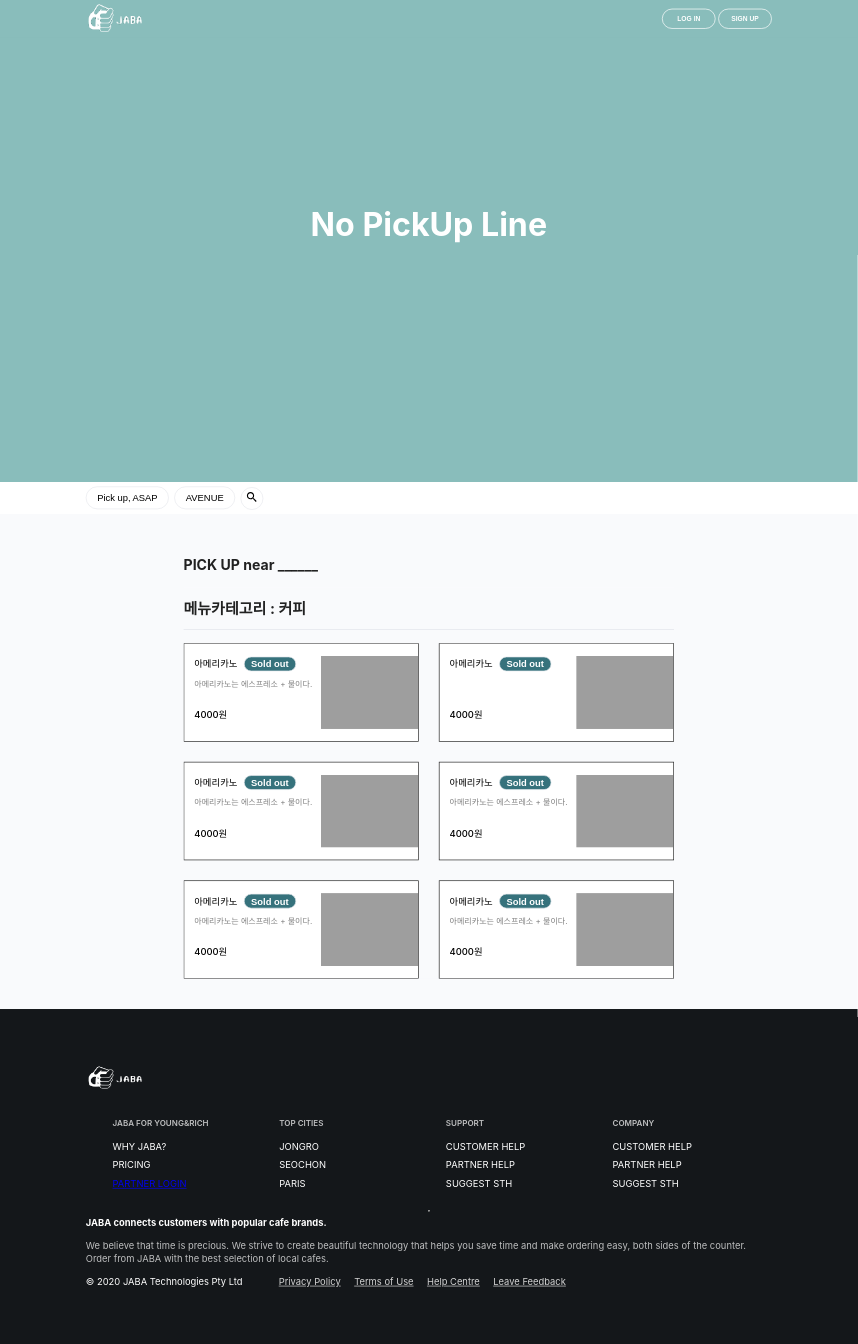
Repository: kitschiest/jaba
Page: http://localhost/JABA/menu.jsp
An editor plug-in stored every save of this project. The page is shown before and after the next save, followed by the edit.
The browser window is 1280 px wide. The pictures show the whole page, at 67% of full size.
Pictures or frames that could not be fetched are drawn as grey boxes. The page is served by Tomcat 9. Other server files are loaded and not shown.

Above is the page before, as saved 2020-11-13 05:02:00.

### JABA/WebContent/menu.jsp
<%@ page language="java" contentType="text/html; charset=UTF-8"
    pageEncoding="UTF-8"%>
<!DOCTYPE html>
<html>
<head>
<meta charset="UTF-8">
<title>explore</title>
<script src='https://code.jquery.com/jquery-3.4.0.js'></script>
<!-- HEADER CSS -->
<link href="./css/header.css" rel="stylesheet">
<!-- SECTION CSS -->
<link href="./css/section.css" rel="stylesheet">
<!-- FOOTER CSS -->
<link href="./css/footer.css" rel="stylesheet">
<script>
$(function(){
   $(window).scroll(function(){
   var navbar = $(this).scrollTop();
   console.log(navbar);
   var $header = $('header');
   if(navbar > 0){
       $header.addClass('activated');
   }else{
       $header.removeClass('activated');
   }
   $(".search-term").click(function(){
	   $("#hidden_term").attr("style", "visibility:visible")
   })
   $(".hidden_term_close").click(function(){
	   $("#hidden_term").attr("style", "visibility:hidden")
   })

 })
})
</script>
<style>
body {
	margin: 0;
	width: 100%;
	height: 100%;
	line-height: 1.43;
	    color: rgba(0, 0, 0, 0.87);
    margin: 0;
    font-size: 0.875rem;
    font-family: Inter,sans-serif;
    font-weight: 400;
    line-height: 1.43;
}
div {
	display: block;
}
input {
	border: none;
}

</style>
<!-- MAIN -->
<style>
main {
	width: 100%;
	max-width: 100vw;
}
section {
    padding: 45px 0;
    display: flex;
    justify-content: center;
    align-items: center;
    position: relative;
    background: #f9fafc;
    z-index: 0;
}
</style>
<!-- SECTION 2 -->
<style type="text/css">
.mini{
	padding: 3px 0;
	background-color: white;
	position: -webkit-sticky;
	position: sticky;
	top: 55px;
	z-index: 999;
}
.mini .container{
	width:80%;
}
.mini_row{
	display: flex;
	flex-direction: row;
	padding: 3px 0;

}

.mini_row button{
	border: 1px solid rgba(132,146,166,.2)!important;
	color: black;
	margin: 0 8px 0 0;
	font-weight: normal;

}
.search-term {
  display: inline-flex;
  align-items: center;
  text-align: center;
  flex-direction: row;
  position: relative
}
.search-term button{
	width: 34px;
	--verticalPadding: 0;
	--horizontalPadding: 0;
	height: 34px;

}
.search-term svg{
	width: 20px;
	height: 20px;
	padding: 0 auto;
}

.search-term {
	border-radius: 50px;
}

#hidden_term{
	visibility : hidden;
}


</style>

<!-- SECTION 3 -->
<style>
#sth{
	width: 100%;

}
section#store-list {
    padding-top: 65px;
}
</style>
<style>
        #menu_info {
            display: flex;
            justify-content: center;
            width: 100%;
            max-width: 100vw;
            /*
        background-color: rgba(219, 242, 255, 0.952);
        */

        }

        #container_menu_info {
            background-color: rgb(249, 250, 252);
        }

        .category h2 {
            border-bottom: 1px solid rgb(225, 229, 235);
            padding: 15px 0;
            font-size: 1.4rem;
            font-weight: 700;
            margin: 0;
        }

        .category_products {
            display: grid;
            grid-column-gap: 30px;
            grid-row-gap: 30px;
            grid-template-rows: auto;
            grid-template-columns: repeat(2, 1fr);
            min-height: 0;
            /* NEW */
            min-width: 0;
            /* NEW; needed for Firefox */
            margin: 20px 0px 0px;
            /* 창줄였을때 안삐져나가게 */
            overflow: hidden;
        }


        .product_card {
            position: relative;
            display: flex;
            border: 1px solid;
            flex-direction: row;
            justify-content: space-between;
            overflow: hidden;
            background-color: white;
            max-height: 145px;
            min-width: 345px;
            /* 반응형 추가필요 */
        }

        .product_card_detail {
            padding: 15px 25px 15px 15px;
            max-height: 145px;
            max-width: calc(100% - 145px);
            flex-direction: column;
            justify-content: space-between;
            display: inline-flex;
            /* 반응형 추가필요*/
        }

        .product_name {
            margin-bottom: 2px;
            min-width: 160px;
            display: flex;
            overflow: hidden;
        }

        .product_name .sold_out_btn{
            background-color: #36727C;
            border: 1px solid rgb(230, 233, 237);
            color: white;
            padding: 2px 10px 2px;
            text-align: center;
            text-decoration: none;
            display: inline-block;
            margin: 4px 2px;
            cursor: pointer;
            border-radius: 30px;
            outline: 0; /* 테두리 클릭시 없애기 */
        }

        .product_name .sold_out_btn:hover{
            background-color:rgb(235, 235, 235);
            border: 1px solid rgb(214, 217, 221);
            color:black;
        }

        .product_name > p {
            margin: 0;
            font-size: 0.875rem;
            font-weight: 500;
            /* 반응형 추가필요
            */
        }

        .product_desc {
            color: grey;
            font-size: 0.75rem;
            line-height: 1.05rem;
            max-height: 2.1rem;
            margin-bottom: 8px;
            overflow: hidden;
            position: relative;
            margin-right: -1em;
            /* 반응형 추가필요 */

        }

        .product_price {
            font-size: 0.875rem;
            font-weight: 500;
            display: flex;
            align-items: center;
            color: #36727C;
        }

        .product_card_image {
            /* 기본 백그라운드에 대한 처리 모바일 120*/
            height: 145px;
            width: 145px;
            min-width: 145px;
            min-height: 145px;

        }


        .product_card_image img {
            width: 145px;
            height: 145px;
            object-fit: contain;
            object-position: center;
            /* 트랜지션 처리*/
        }
    </style>



</head>
<body>
<!-- HEADER -->
	<header>
		<div class="header_container">
			<div class="logo">
				<img src="./images/jaba_english_white.png">
			</div>
			<div class="menu">
				<button class="menu_btn" value="LOG IN">
				<span>LOG IN</span>
				</button>
				<button class="menu_btn" value="SIGN UP">
				<span>SIGN UP</span>
				</button>
			</div>
		</div>

	</header>
<!-- SECTION -->
	<section id="home">
		<div class="container">
			<h1>
				No PickUp Line<br> <br>
			</h1>

		</div>

	</section>
<!-- SECTION 2 -->
	<section id="search" class="mini">
		<div class="container">
			<div class="mini_row">
				<div class="time">
					<button>Pick up, ASAP</button>
				</div>
				<div class="search_loc">
					<button>AVENUE</button>
				</div>
				<div class="search-term">
				<button class="MuiButtonBase-root MuiIconButton-root search-term__icon  MuiIconButton-sizeSmall jss263" tabindex="0" type="button">
				<span class="MuiIconButton-label">
				<svg class="MuiSvgIcon-root" focusable="false" viewBox="0 0 24 24" aria-hidden="true" role="presentation">
				<path d="M15.5 14h-.79l-.28-.27C15.41 12.59 16 11.11 16 9.5 16 5.91 13.09 3 9.5 3S3 5.91 3 9.5 5.91 16 9.5 16c1.61 0 3.09-.59 4.23-1.57l.27.28v.79l5 4.99L20.49 19l-4.99-5zm-6 0C7.01 14 5 11.99 5 9.5S7.01 5 9.5 5 14 7.01 14 9.5 11.99 14 9.5 14z">
				</path>
				</svg>
				</span>
				<div class="MuiTouchRipple-root">
				</div>
				</button>
				</div>
				<div id="hidden_term">
				<button class="hidden_term_all">
					<div id="hidden_input">
						<input type="text" placeholder="Acai or Latte">
					</div>
					<button class="hidden_term_close">
					X
					</button>
				</button>

				</div>
			</div>
		</div>
	</section>
<!-- SECTION 3 -->
	<section id="sth">
		<div id="store_list">
			<div class="container">
				<div class="row-head">
					<h2>PICK UP near ______</h2>
				</div>
				<div class="container" id="container_menu_info">
            <div class="category">
                <div class="category_name">
                    <h2> 메뉴카테고리 : 커피</h2>
                </div>
                <div class="category_products">
                    <div class="product_card">
                        <div class="product_card_detail">
                            <div class="product_name">
                                <p>아메리카노&nbsp;&nbsp;<button class="sold_out_btn">Sold out</button></p>
                            </div>
                            <div class="product_desc">
                                아메리카노는 에스프레소 + 물이다.
                            </div>
                            <div class="product_price">
                                <p>4000원</p>
                            </div>
                        </div>
                        <div class="product_card_image">
                            <img src="https://cdn.boppl.me/products/specialty_affogato_0.jpg" alt="Affogato">
                        </div>
                    </div>
                    <div class="product_card">
                        <div class="product_card_detail">
                            <div class="product_name">
                                <p>아메리카노&nbsp;&nbsp;<button class="sold_out_btn">Sold out</button></p>
                            </div>
                            <div class="product_desc">

                            </div>
                            <div class="product_price">
                                <p>4000원</p>
                            </div>
                        </div>
                        <div class="product_card_image">
                            <img src="https://cdn.boppl.me/products/specialty_affogato_0.jpg" alt="Affogato">
                        </div>
                    </div>
                    <div class="product_card">
                        <div class="product_card_detail">
                            <div class="product_name">
                                <p>아메리카노&nbsp;&nbsp;<button class="sold_out_btn">Sold out</button></p>
                            </div>
                            <div class="product_desc">
                                아메리카노는 에스프레소 + 물이다.
                            </div>
                            <div class="product_price">
                                <p>4000원</p>
                            </div>
                        </div>
                        <div class="product_card_image">
                            <img src="https://cdn.boppl.me/products/specialty_affogato_0.jpg" alt="Affogato">
                        </div>
                    </div>
                    <div class="product_card">
                        <div class="product_card_detail">
                            <div class="product_name">
                                <p>아메리카노&nbsp;&nbsp;<button class="sold_out_btn">Sold out</button></p>
                            </div>
                            <div class="product_desc">
                                아메리카노는 에스프레소 + 물이다.
                            </div>
                            <div class="product_price">
                                <p>4000원</p>
                            </div>
                        </div>
                        <div class="product_card_image">
                            <img src="https://cdn.boppl.me/products/specialty_affogato_0.jpg" alt="Affogato">
                        </div>
                    </div>
                    <div class="product_card">
                        <div class="product_card_detail">
                            <div class="product_name">
                                <p>아메리카노&nbsp;&nbsp;<button class="sold_out_btn">Sold out</button></p>
                            </div>
                            <div class="product_desc">
                                아메리카노는 에스프레소 + 물이다.
                            </div>
                            <div class="product_price">
                                <p>4000원</p>
                            </div>
                        </div>
                        <div class="product_card_image">
                            <img src="https://cdn.boppl.me/products/specialty_affogato_0.jpg" alt="Affogato">
                        </div>
                    </div>
                    <div class="product_card">
                        <div class="product_card_detail">
                            <div class="product_name">
                                <p>아메리카노&nbsp;&nbsp;<button class="sold_out_btn">Sold out</button></p>
                            </div>
                            <div class="product_desc">
                                아메리카노는 에스프레소 + 물이다.
                            </div>
                            <div class="product_price">
                                <p>4000원</p>
                            </div>
                        </div>
                        <div class="product_card_image">
                            <img src="https://cdn.boppl.me/products/specialty_affogato_0.jpg" alt="Affogato">
                        </div>
                    </div>



                    </div>

                    <!--category 끝 -->




            </div>
        </div>
			</div>
		</div>
	</section>



		<!-- FOOTER -->
	<footer>
	<div class="container">
		<div class="row">
	        <div class="footer_logo">
	            <img src="images/jaba_english_white.png">
	        </div>
	        <div class="footer_links">
		        <ul>
		            <li class="links_head">JABA for YOUNG&RICH</li>
		            <li>WHY JABA?</li>
		            <li>PRICING</li>
		            <li><a href='#'>PARTNER LOGIN</a></li>
		        </ul>
		        <ul>
		            <li class="links_head">TOP CITIES</li>
		            <li>JONGRO</li>
		            <li>SEOCHON</li>
		            <li>PARIS</li>
		        </ul>
		        <ul>
		            <li class="links_head">SUPPORT</li>
		            <li>CUSTOMER HELP</li>
		            <li>PARTNER HELP</li>
		            <li>SUGGEST STH</li>
		        </ul>
		        <ul>
		            <li class="links_head">COMPANY</li>
		            <li>CUSTOMER HELP</li>
		            <li>PARTNER HELP</li>
		            <li>SUGGEST STH</li>
		        </ul>
	     </div>
    </div>
    <hr>
        <div class="row">
        <div class="footer__disclaimer">
        <strong>JABA connects customers with popular cafe brands.</strong>
        <p>
        We believe that time is precious. We strive to create beautiful technology that helps you save time and make ordering easy, both sides of the counter. Order from JABA with the best selection of local cafes.
        </p>
        <div class="legal">
        	<div>
        		<div class="legal__copyright">© 2020 JABA Technologies Pty Ltd</div>
        		<ul class="legal__links">
	        		<li><a class="MuiTypography-root MuiLink-root MuiLink-underlineNone MuiTypography-colorPrimary" href="/legal/privacy-policy">Privacy Policy</a></li>
	        		<li><a class="MuiTypography-root MuiLink-root MuiLink-underlineNone MuiTypography-colorPrimary" href="/legal/terms-and-conditions">Terms of Use</a></li>
	        		<li><a class="MuiTypography-root MuiLink-root MuiLink-underlineNone MuiTypography-colorPrimary" href="https://help.bopple.com/" target="_blank" rel="noopener noreferrer">Help Centre</a></li>
	        		<li><a class="MuiTypography-root MuiLink-root MuiLink-underlineNone MuiTypography-colorPrimary" href="https://customer-contact-help.bopple.com" target="_blank" rel="noopener noreferrer">Leave Feedback</a></li>
        		</ul>
        		</div>
        	</div>
        </div>

        </div>
	</div>

	</footer>


</body>
</html>

### JABA/WebContent/css/header.css
header {
	display: flex;
	top: 0;
	left: 0;
	justify-content: center;
	height: 55px;
	position: fixed;
	width: 100%;
	max-width: 100vw;
	z-index: 1299;
	background-color: #89BDBB;
	box-shadow: none;
	border-bottom: 1px solid transparent;
}
header.activated{
  background-color:#36727C;
  -webkit-box-shadow: 0 0 5px rgba(0, 0, 0, 0);
  -moz-box-shadow: 0 0 5px rgba(0, 0, 0, 0);
  box-shadow: 0 0 5px rgba(0, 0, 0, 0);

}
.header_container {
	width: 80%;
	display: flex;
	align-items: center;
	justify-content: space-between;
	max-width: 1024px;
	transition: .2s ease-in-out;

}


.logo {
	padding: 2px 0;
	display: flex;
}
.menu {
	display: inline-block;
	justify-content: flex-end;
	color: white;
}
.menu_btn{
	width: 80px;
	height: 30px;
	font-size: 10px;
	border-radius: 28px;
}
#logoutBtn {
	width: 80px;
	height: 30px;
	font-size: 10px;
	border-radius: 28px;
}

#cart-selector {
	width: 80px;
	height: 30px;
	font-size: 10px;
	border-radius: 28px;
}

### JABA/WebContent/css/section.css
section {
	display: flex;
	justify-content: center; /*flex랑 함께 전체 가운데로 정렬*/
	align-items: center; /*#홈 검색 가운데 정렬*/
	position: relative;
	z-index: 0;
}

section .contatiner {
	position: relative;
}

h1 {
	display: block;
	margin: 0;
}

p {
	display: block;
	color: black;
}

.search-bar {
	color: rgba(0, 0, 0, 0.87);
	cursor: text;
	display: inline-flex;
	position: relative;
	font-size: 1rem;
	box-sizing: border-box;
	align-items: center;
	font-family: Inter, sans-serif;
	line-height: 1.1875em;
}

.jss38 {
	color: #182430;
	padding: 12px 25px;
	align-items: center;
	border-radius: 6px;
	background-color: #FFFFFF;
}

.search_input {
	width: 100%;
	border: 0;
	height: 1.1875em;
	margin: 0;
	display: block;
	padding: 6px 0 7px;
	min-width: 0;
	box-sizing: content-box;
	-webkit-tap-highlight-color: transparent;
	border: none;
}

.search-button {
	padding: 30px;
}

#home {
	width: 100%;
	height: 630px;
	background-color: #89BDBB;
}

#home .container {
	color: white;
	text-align: center;
}

section#home .container h1 {
	font-size: 3rem;
	line-height: 3.2rem;
}



#brands {
	width: 100%;
	padding-top: 85px;
	padding-bottom: 30px;
	height: 200px;
	background-color: white;

}
#brands .container{
	margin: 0 auto;
}
div .brands {
	display: inline-block;

}

#cities {
	width: 100%;
	height: 150px;

}
div .cities{
	display: inline-block;

}

div .cities a{
	text-decoration: none;
	color:#36727C;
}

button {
  --borderWidth: 1;
  --boxShadowDepth: 8;
  --buttonColor: #f00;
  --horizontalPadding: 16;
  --verticalPadding: 8;

  background: transparent;
  border: calc(var(--borderWidth) * 1px) solid var(--buttonColor);

  color: white;
  cursor: pointer;
  font-size: calc(var(--fontSize) * 1rem);
  font-weight: bold;
  outline: 1px;
  padding: calc(var(--verticalPadding) * 1px) calc(var(--horizontalPadding) * 1px);
  transition: box-shadow 0.15s ease;
  border-color: white;
  border-width: 1px;
  border-radius: 20px;
}

button:hover {
  opacity: .3;
  border-color: white;
  border-width: 1px;

}

button:active {

}
@keyframes bounce {
	0%, 100%, 20%, 50%, 80% {
		-webkit-transform: translateY(0);
		-ms-transform:     translateY(0);
		transform:         translateY(0)
	}
	40% {
		-webkit-transform: translateY(-30px);
		-ms-transform:     translateY(-30px);
		transform:         translateY(-30px)
	}
	60% {
		-webkit-transform: translateY(-15px);
		-ms-transform:     translateY(-15px);
		transform:         translateY(-15px)
	}
}
.brand-badge {

  top: 50%;
  left: 50%;
  height: 180px;
  width: 180px;
  line-height: 180px;
  text-align: center;
  text-transform: uppercase;
  -webkit-animation-duration: 1s;
  animation-duration: 1s;
  -webkit-animation-fill-mode: both;
  animation-fill-mode: both;
  -webkit-animation-timing-function: ease-in-out;
  animation-timing-function: ease-in-out;
  animation-iteration-count: infinite;
  -webkit-animation-iteration-count: infinite;
  color: white;
}
.brand-badge:hover {
  cursor: pointer;
  animation-name: bounce;
  -moz-animation-name: bounce;
}

.city-badge{

  top: 50%;
  left: 50%;
  height: 80px;
  width: 180px;
  line-height: 80px;
  text-align: center;
  text-transform: uppercase;
  -webkit-animation-duration: 1s;
  animation-duration: 1s;
  -webkit-animation-fill-mode: both;
  animation-fill-mode: both;
  -webkit-animation-timing-function: ease-in-out;
  animation-timing-function: ease-in-out;
  animation-iteration-count: infinite;
  -webkit-animation-iteration-count: infinite;
  color: white;

}
.city-badge:hover{
  cursor: pointer;
  animation-name: bounce;
  -moz-animation-name: bounce;
  color: grey;
}

### JABA/WebContent/css/footer.css
footer {
	width: 100%;
	height: 500px;
	background-color: #14171a;
	padding: 65 0;
	color: white;
	display: flex;
	justify-content: center; /*flex랑 함께 전체 가운데로 정렬*/
	align-items: center; /*#홈 검색 가운데 정렬*/
	position: relative;
	z-index: 0;
}

footer .container {
	width: 80%;
	display: flex;
	align-items: center;
	justify-content: space-between;
	max-width: 1024px;
	transition: .2s ease-in-out;
	flex-wrap: wrap;
}
.row {
	width: 100%;
	display: flex;
	align-items; center;
	justify-content: space-between;
	max-width: 1024px;
	transition: .2s ease-in-out;
	flex-wrap: wrap;
}
.footer_logo{
	width: 100%;
	display:inline-flex;
	margin-bottom: 25px;
	align-item: flex-start;
}

.footer_logo img{
	width: 90px;
	height: 40px;
}
.footer_links{
	width: 100%;
}

.footer_links .links_head{
	font-weight: 600;
    text-transform: uppercase;
    font-size: .75rem;
    color: hsla(0,0%,100%,.72);
    margin-bottom: 16px;
}
.footer_links ul{
	width: 20%;
	display: inline-block;
	list-style: none;
}

.footer_links ul li {
	margin-bottom: 8px;
    font-size: .875rem;
    font-weight: 400;
}

footer p {
	color: hsla(0,0%,100%,.72);
}

footer .legal__copyright{
	display: inline-flex;
    margin: 0;
}

footer .legal__links{
	display: inline-flex;
    margin: 0;
}

footer .legal__links li{
	margin: 0 10px;
	list-style: none;
}

footer .legal__links li a {
	color: lightgrey;

}

After the next save:
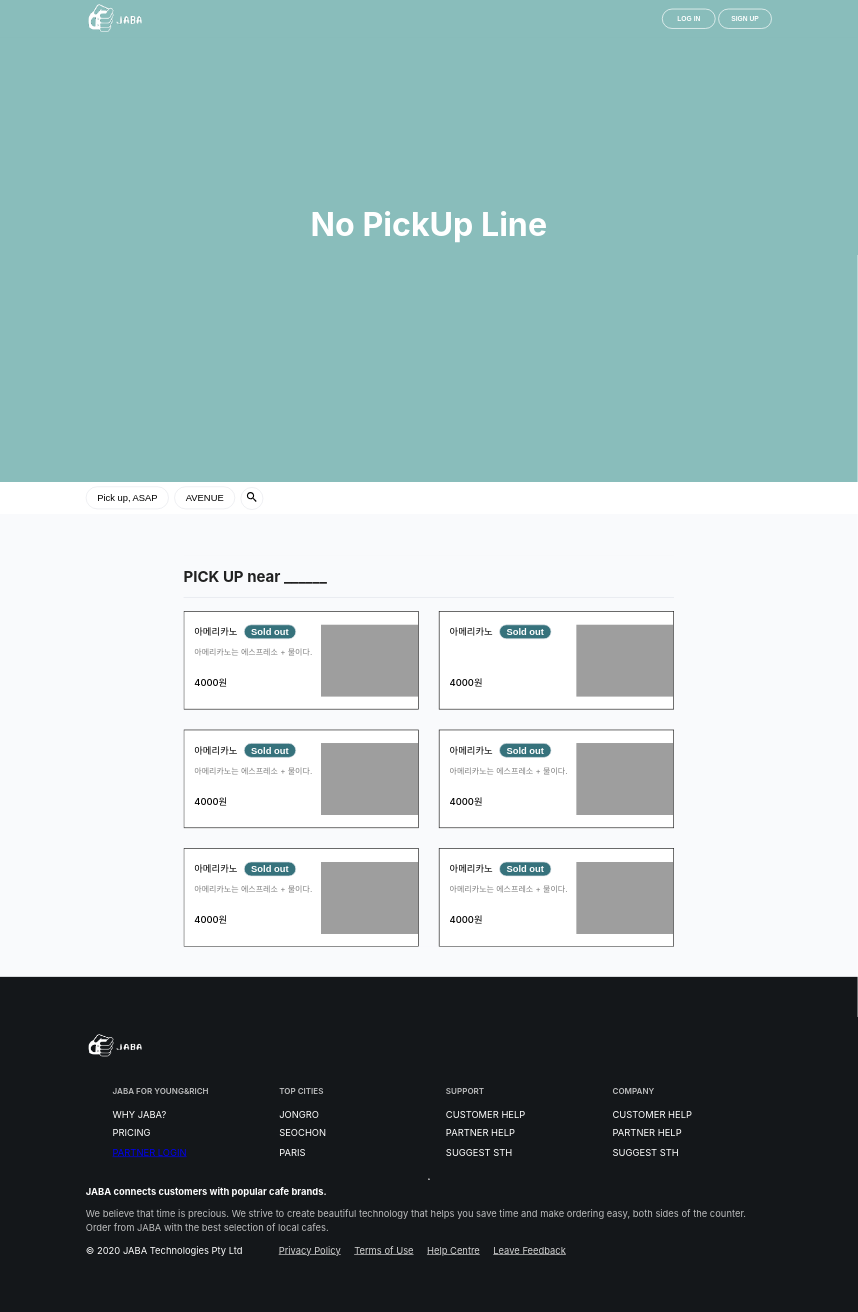
Saved 11 min 33 s later.
--- a/JABA/WebContent/menu.jsp
+++ b/JABA/WebContent/menu.jsp
@@ -348,12 +348,12 @@ section#store-list {
 		<div id="store_list">
 			<div class="container">
 				<div class="row-head">
-					<h2>PICK UP near ______</h2>
+					<h2></h2>
 				</div>
 				<div class="container" id="container_menu_info">
             <div class="category">
                 <div class="category_name">
-                    <h2> 메뉴카테고리 : 커피</h2>
+                    <h2> PICK UP near ______</h2>
                 </div>
                 <div class="category_products">
                     <div class="product_card">
